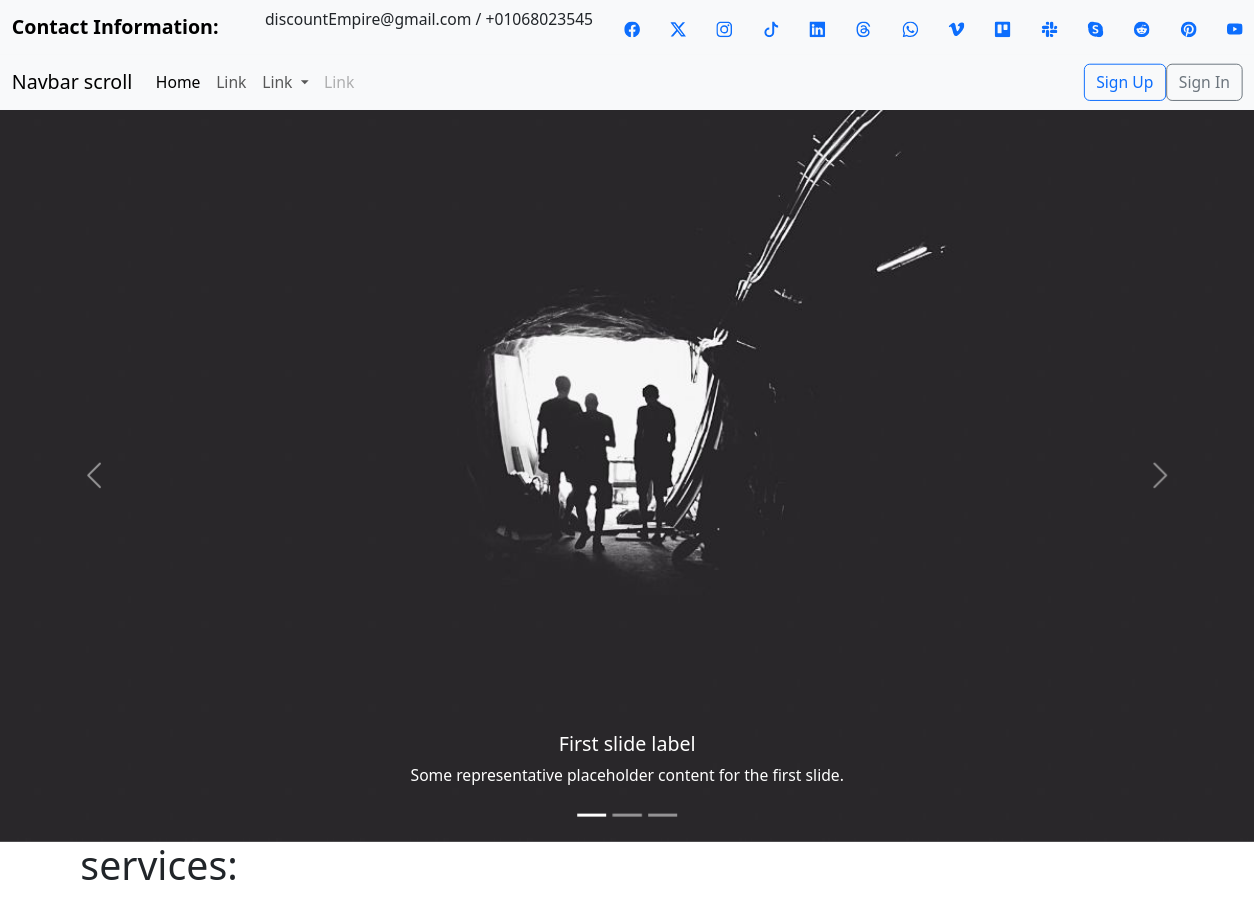
Repository: HaziimYassien/The-Discount-Empire
Page: index.html
These files come from the project's save history. The page is drawn as it stood at one moment and after a run of saves; the edit follows.
The browser window is 1280 px wide. The pictures show the whole page, at 98% of full size.

Above is the page before, as saved 2024-01-24 18:32:21.

After the next 4 saves:
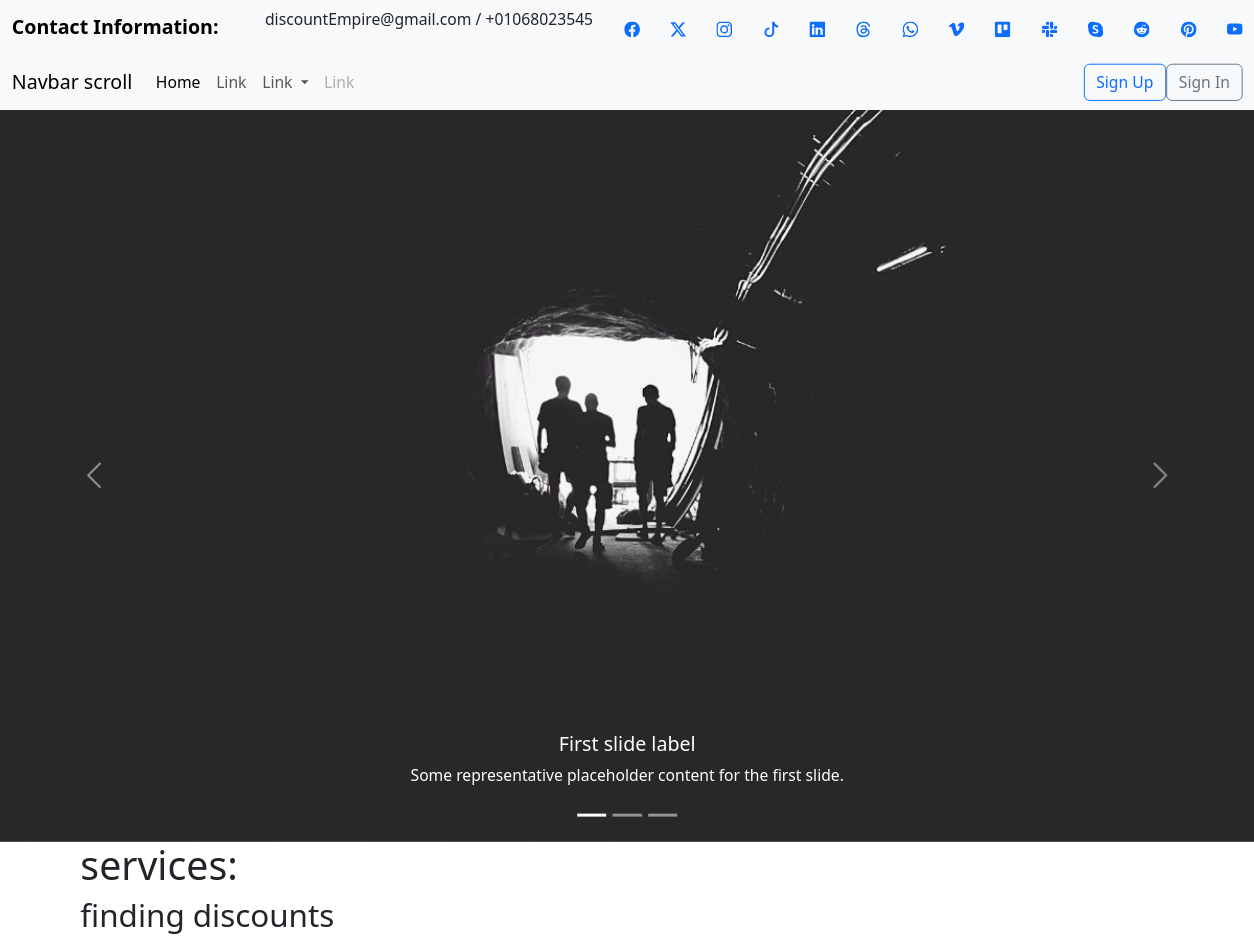
The 4 saves are shown as one change because they came seconds apart.
The last was saved 11 s later.
--- a/index.html
+++ b/index.html
@@ -210,7 +210,8 @@
 <section class="container">
   <h1>services: </h1>
   <div class="inner">
-    <h2></h2>
+    <h2>finding discounts</h2>
+    <p></p>
   </div>
 </section>
     <!-- END _Services -->
